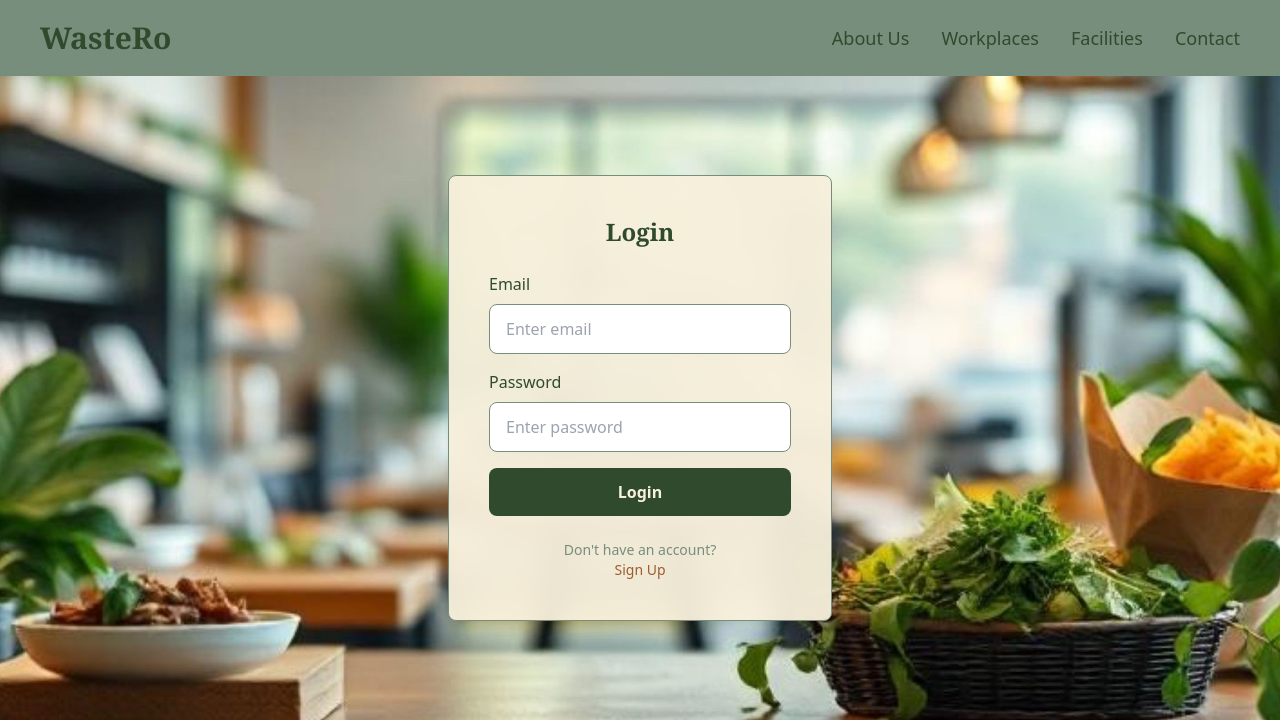
Repository: mahekagrawal25/restaurant-waste-management
Page: frontend/index.html
An editor plug-in stored every save of this project. The page is shown before and after the next save, followed by the edit.
The browser window is 1280 px wide. The pictures show the whole page.
Some web libraries are served in a nearby version.

Above is the page before, as saved 2025-04-21 10:49:14.

### frontend/index.html
<!DOCTYPE html>
<html lang="en">
  <head>
    <meta charset="UTF-8" />
    <meta name="viewport" content="width=device-width, initial-scale=1.0" />
    <title>Restaurant Waste Management</title>
    <script src="https://cdn.tailwindcss.com"></script>
    <script>
      tailwind.config = {
        theme: {
          extend: {
            colors: {
              forest: "#2F4A2C",
              sage: "#788E7D",
              cream: "#F7F0DC",
              terracotta: "#9E5C30",
              brightorange: "#F5971D"
            },
            fontFamily: {
              cambria: ["Cambria", "Georgia", "serif"],
            },
          },
        },
      };
    </script>
  </head>
  <body class="bg-cream min-h-screen flex flex-col">

    <!-- Navbar -->
    <nav class="bg-sage px-10 py-5 flex justify-between items-center shadow-md">
      <!-- Title -->
      <div class="text-3xl font-bold text-forest font-cambria">
        WasteRo
      </div>

      <!-- Navigation Links -->
      <div class="flex space-x-8 text-forest font-medium text-lg">
        <a href="#" class="hover:text-terracotta transition">About Us</a>
        <a href="#" class="hover:text-terracotta transition">Workplaces</a>
        <a href="#" class="hover:text-terracotta transition">Facilities</a>
        <a href="#" class="hover:text-terracotta transition">Contact</a>
      </div>
    </nav>

    <!-- Login Page -->
    <div
      id="loginPage"
      class="flex items-center justify-center flex-grow bg-cover bg-center"
      style="background-image: url('./images/restro6.jpg')"
    >
      <div class="bg-cream p-10 rounded-lg shadow-xl w-96 border border-sage backdrop-blur-md bg-opacity-95">

        <h2 class="text-2xl font-bold text-center text-forest mb-6 font-cambria">Login</h2>

        <form id="loginForm">
          <label class="block mb-2 font-medium text-forest">Email</label>
          <input
            type="email"
            id="email"
            class="w-full px-4 py-3 border border-sage rounded-lg focus:outline-none focus:ring-2 focus:ring-brightorange mb-4"
            placeholder="Enter email"
            required
          />

          <label class="block mb-2 font-medium text-forest">Password</label>
          <input
            type="password"
            id="password"
            class="w-full px-4 py-3 border border-sage rounded-lg focus:outline-none focus:ring-2 focus:ring-brightorange mb-4"
            placeholder="Enter password"
            required
          />

          <button
            type="submit"
            class="w-full bg-forest text-cream py-3 rounded-lg hover:bg-terracotta transition font-semibold"
          >
            Login
          </button>

          <p id="message" class="mt-3 text-center text-sm text-red-500"></p>
        </form>

        <p class="mt-6 text-center text-sage text-sm">
          Don't have an account? <br />
          <a href="signup.html" class="text-terracotta font-medium hover:underline">Sign Up</a>
        </p>
      </div>
    </div>

    <script src="script.js"></script>
  </body>
</html>

### frontend/script.js
// 🌟 DOMContentLoaded event
document.addEventListener("DOMContentLoaded", () => {
  const token = localStorage.getItem("token");
  const userName = localStorage.getItem("username") || "User";
  const isDashboard = window.location.pathname.includes("dashboard.html");
  const isLogin = window.location.pathname.includes("index.html");
  const userId = localStorage.getItem("id");

  // ✅ Display username dynamically
  const userNameElement = document.getElementById("userName");
  if (userNameElement) userNameElement.textContent = userName;

  // ✅ Redirect logic based on token
  handleRedirection(token, isDashboard, isLogin);

  // ✅ Load dashboard data if logged in
  if (isDashboard && token) {
    loadDashboardData(token);
  }
});

// 🚀 Reusable redirection handler
function handleRedirection(token, isDashboard, isLogin) {
  if (!token && isDashboard) {
    console.log("No token, redirecting to login...");
    window.location.href = "index.html";
  } else if (token && isLogin) {
    console.log("User already logged in, redirecting to dashboard...");
    window.location.href = "restaurant_dashboard.html";
  }
}

// 🔥 Load dashboard data with error handling
async function loadDashboardData(token) {
  const activitiesTableBody = document.getElementById("activitiesTableBody");

  if (!activitiesTableBody) {
    console.error("Error: Couldn't find the activities table");
    return;
  }

  try {
    activitiesTableBody.innerHTML = `
      <tr><td colspan="5" class="loading">Loading activities...</td></tr>
    `;

    const response = await fetch("http://localhost:5000/api/auth/dashboard/activities", {
      method: "GET",
      headers: { Authorization: `Bearer ${token}` }
    });

    if (!response.ok) throw new Error(`HTTP error! status: ${response.status}`);

    const activities = await response.json();
    activitiesTableBody.innerHTML = "";

    if (activities.length === 0) {
      activitiesTableBody.innerHTML = `<tr><td colspan="5">No recent activities found</td></tr>`;
      return;
    }

    activities.forEach(activity => {
      const row = document.createElement("tr");
      const date = new Date(activity.created_at).toLocaleDateString();

      if (activity.type === 'waste') {
        row.innerHTML = `
          <td>🗑️ Waste</td>
          <td>${activity.description}</td>
          <td>${activity.category}</td>
          <td>${activity.quantity} ${activity.category === 'Food' ? 'kg' : 'units'}</td>
          <td>${date}</td>
        `;
      } else if (activity.type === 'donation') {
        row.innerHTML = `
          <td>♻️ Donation</td>
          <td>${activity.description}</td>
          <td>Donor: ${activity.donor_name}</td>
          <td>${activity.quantity} items</td>
          <td>${date}</td>
        `;
      } else if (activity.type === 'collection') {
        row.innerHTML = `
          <td>🚛 Collection</td>
          <td>${activity.description}</td>
          <td>${activity.status}</td>
          <td>-</td>
          <td>${new Date(activity.pickup_date).toLocaleDateString()}</td>
        `;
      }

      activitiesTableBody.appendChild(row);
    });

  } catch (error) {
    console.error("Error loading activities:", error);
    activitiesTableBody.innerHTML = `
      <tr><td colspan="5" class="error">Failed to load activities. Please try again.</td></tr>
    `;
  }
}

// 🌟 Login form submission
document.getElementById("loginForm")?.addEventListener("submit", async (event) => {
  event.preventDefault();

  const email = document.getElementById("email").value.trim();
  const password = document.getElementById("password").value.trim();
  const message = document.getElementById("message");

  try {
    const response = await fetch("http://localhost:5000/api/auth/login", {
      method: "POST",
      headers: { "Content-Type": "application/json" },
      body: JSON.stringify({ email, password })
    });

    const data = await response.json();

    if (response.ok) {
      localStorage.setItem("token", data.token);
      localStorage.setItem("username", data.username);
      localStorage.setItem("role", data.role);
      localStorage.setItem("id", data.id);

      message.textContent = "Login successful! Redirecting...";
      message.classList.remove("text-red-500");
      message.classList.add("text-green-500");

      setTimeout(() => {
        switch (data.role) {
          case "admin":
            window.location.href = "admin_dashboard.html";
            break;
          case "restaurant":
            window.location.href = "restaurant_dashboard.html";
            break;
          case "waste_collector":
            window.location.href = "collector_dashboard.html";
            break;
          case "ngo":
            window.location.href = "ngo_dashboard.html";
            break;
          default:
            alert("Unknown role. Contact support.");
        }
      }, 1500);
    } else {
      message.textContent = data.message || "Invalid credentials.";
      message.classList.remove("text-green-500");
      message.classList.add("text-red-500");
    }
  } catch (error) {
    console.error("Server error:", error);
    message.textContent = "Server error. Please try again later.";
    message.classList.remove("text-green-500");
    message.classList.add("text-red-500");
  }
});

// 🚀 Logout handler
document.getElementById("logoutBtn")?.addEventListener("click", () => {
  localStorage.clear();
  window.location.href = "index.html";
});

// ✅ Signup form submission
document.getElementById("signupForm")?.addEventListener("submit", async (event) => {
  event.preventDefault();

  const username = document.getElementById("username").value.trim();
  const email = document.getElementById("email").value.trim();
  const password = document.getElementById("password").value.trim();
  const role = document.getElementById("role").value;
  const message = document.getElementById("signupMessage");

  if (!username || !email || !password || !role) {
    message.textContent = "All fields are required.";
    message.classList.add("text-red-500");
    return;
  }

  try {
    const response = await fetch("http://localhost:5000/api/auth/signup", {
      method: "POST",
      headers: { "Content-Type": "application/json" },
      body: JSON.stringify({ username, email, password, role })
    });

    const data = await response.json();

    if (response.ok) {
      message.textContent = "Signup successful! Redirecting to login...";
      message.classList.remove("text-red-500");
      message.classList.add("text-green-500");

      setTimeout(() => {
        window.location.href = "index.html";
      }, 1500);
    } else {
      message.textContent = data.message || "Signup failed. Please try again.";
      message.classList.add("text-red-500");
    }
  } catch (error) {
    console.error("Server error:", error);
    message.textContent = "Server error. Please try again later.";
    message.classList.add("text-red-500");
  }
});

// ✅ Waste form submission
document.getElementById('wasteForm')?.addEventListener('submit', async (event) => {
  event.preventDefault();

  const description = document.getElementById('description').value.trim();
  const category = document.getElementById('category').value.trim();
  const quantity = document.getElementById('quantity').value.trim();
  const image = document.getElementById('image').value.trim() || null;
  const user_id = localStorage.getItem('id');
  const token = localStorage.getItem('token');

  if (!token) {
    alert('Please log in first.');
    return;
  }

  const formData = { description, category, quantity, image, user_id };

  try {
    const response = await fetch('http://localhost:5000/api/waste/addWaste', {
      method: 'POST',
      headers: {
        'Content-Type': 'application/json',
        'Authorization': `Bearer ${token}`
      },
      body: JSON.stringify(formData),
    });

    const data = await response.json();

    if (response.ok) {
      alert('✅ Waste added successfully!');
      document.getElementById('wasteForm').reset();
    } else {
      alert(`❌ Error: ${data.message}`);
    }
  } catch (error) {
    console.error('Error submitting waste:', error);
    alert('There was an error submitting the waste.');
  }
});



// ✅ Handle Request Collection Form Submission
document.getElementById("requestCollectionForm")?.addEventListener("submit", async (e) => {
  e.preventDefault();
  const token = localStorage.getItem("token");
  const statusMsg = document.getElementById("statusMsg");

  const waste_entry_id = document.getElementById("waste_entry_id").value;
  const description = document.getElementById("description").value.trim();

  try {
    const res = await fetch("http://localhost:5000/api/request-collection", {
      method: "POST",
      headers: {
        "Content-Type": "application/json",
        Authorization: `Bearer ${token}`,
      },
      body: JSON.stringify({ waste_entry_id, description }),
    });

    const data = await res.json();

    if (res.ok) {
      statusMsg.textContent = data.message;
      statusMsg.className = "status-msg success";
      document.getElementById("requestCollectionForm").reset();
    } else {
      statusMsg.textContent = data.message;
      statusMsg.className = "status-msg error";
    }
  } catch (err) {
    console.error("Error submitting request:", err);
    statusMsg.textContent = "Something went wrong.";
    statusMsg.className = "status-msg error";
  }
});

// ✅ Populate dropdown with user's waste entries
document.addEventListener("DOMContentLoaded", async () => {
  const token = localStorage.getItem("token");
  const dropdown = document.getElementById("waste_entry_id");

  if (!dropdown) return;

  try {
    const res = await fetch("http://localhost:5000/api/waste-entries", {
      headers: {
        Authorization: `Bearer ${token}`,
      },
    });

    const data = await res.json();

    if (Array.isArray(data)) {
      data.forEach((entry) => {
        const option = document.createElement("option");
        option.value = entry.id;
        option.textContent = `${entry.id} - ${entry.description}`;
        dropdown.appendChild(option);
      });
    }
  } catch (err) {
    console.error("Error loading waste entries:", err);
  }
});

After the next save:
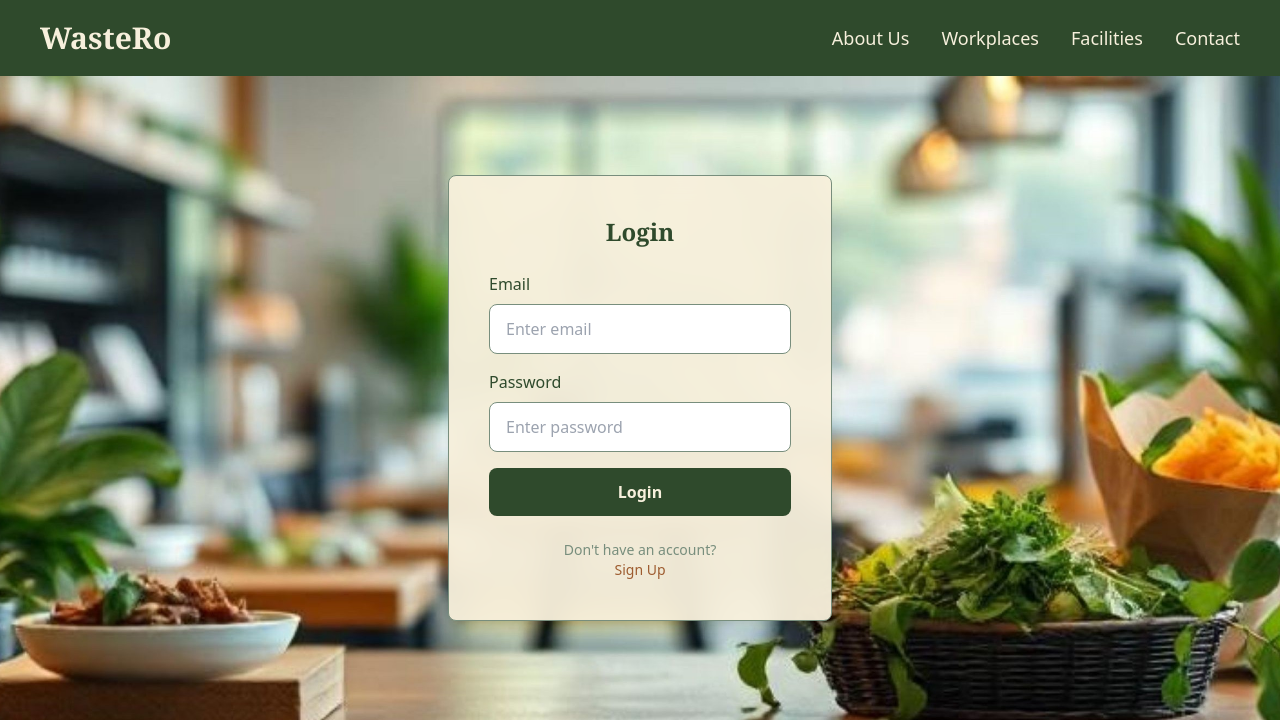
Saved 44 s later.
--- a/frontend/index.html
+++ b/frontend/index.html
@@ -27,20 +27,22 @@
   <body class="bg-cream min-h-screen flex flex-col">
 
     <!-- Navbar -->
-    <nav class="bg-sage px-10 py-5 flex justify-between items-center shadow-md">
-      <!-- Title -->
-      <div class="text-3xl font-bold text-forest font-cambria">
-        WasteRo
-      </div>
+   <!-- Navbar -->
+<nav class="bg-forest px-10 py-5 flex justify-between items-center shadow-md">
+  <!-- Title -->
+  <div class="text-3xl font-bold text-cream font-cambria">
+    WasteRo
+  </div>
 
-      <!-- Navigation Links -->
-      <div class="flex space-x-8 text-forest font-medium text-lg">
-        <a href="#" class="hover:text-terracotta transition">About Us</a>
-        <a href="#" class="hover:text-terracotta transition">Workplaces</a>
-        <a href="#" class="hover:text-terracotta transition">Facilities</a>
-        <a href="#" class="hover:text-terracotta transition">Contact</a>
-      </div>
-    </nav>
+  <!-- Navigation Links -->
+  <div class="flex space-x-8 text-cream font-medium text-lg">
+    <a href="#" class="hover:text-brightorange transition">About Us</a>
+    <a href="#" class="hover:text-brightorange transition">Workplaces</a>
+    <a href="#" class="hover:text-brightorange transition">Facilities</a>
+    <a href="#" class="hover:text-brightorange transition">Contact</a>
+  </div>
+</nav>
+
 
     <!-- Login Page -->
     <div
